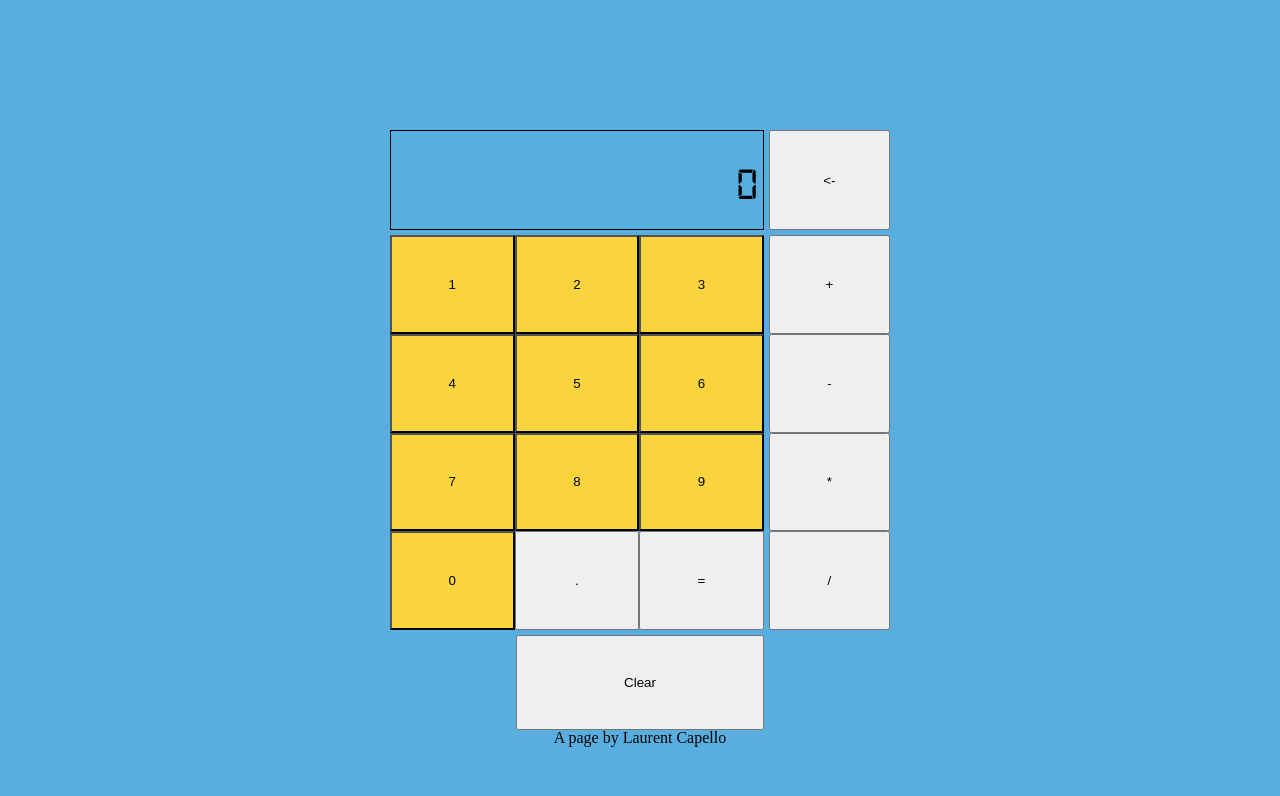
Repository: sokafootball/js-calculator
Page: index.html
These files come from the project's save history. The page is drawn as it stood at one moment and after the next save; the edit follows.
The browser window is 1280 px wide. The pictures show the whole page.

Above is the page before, as saved 2020-05-06 19:29:06.

### index.html
<html>
<head>
  <title>Javascript Calculator - By Laurent Capello</title>
  <link rel="stylesheet" type="text/css" href="reset.css">
  <link rel="stylesheet" type="text/css" href="style.css">
  <!--<link rel="stylesheet" type="text/css" href="wireframe.css">-->
  <link href="https://fonts.googleapis.com/css2?family=Barlow:wght@300&display=swap" rel="stylesheet">
</head>
<body>
<main id="main">
  <div id="calculator">
    <p id="display">0</p>
    <button id="backspace" class="button"><-</button>
    <div id="numpad">
      <button class="button num-button">1</button>
      <button class="button num-button">2</button>
      <button class="button num-button">3</button>
      <button class="button num-button">4</button>
      <button class="button num-button">5</button>
      <button class="button num-button">6</button>
      <button class="button num-button">7</button>
      <button class="button num-button">8</button>
      <button class="button num-button">9</button>
      <button class="button num-button">0</button>
      <button id="decimal-button" class="button">.</button>
      <button id="equal-button" class="button">=</button>
    </div>
    <div id="operators">
      <button class="button operation-button">+</button>
      <button class="button operation-button">-</button>
      <button class="button operation-button">*</button>
      <button class="button operation-button">/</button>
    </div>
    <button id="clear-button" class="button">Clear</button>
  </div>
</main>
<footer id="footer">
  <p>A page by <span id="signature">Laurent Capello</span></p>
</footer>
<div id="hidden-element" class="display-full" style="display: none"></div>
<script type="text/javascript" src="script.js"></script>
</body>
</html>

### style.css
@font-face {
  font-family: "calcFont";
  src: url("./fonts/digital-7/digital-7.ttf");
  }

body{
  align-items: center;
  background-color: hsl(202, 68%, 61%);
  display: flex;
  flex-direction: column;
  justify-content: space-between;
}

.display-full{
  animation-name: display-full;
  animation-duration: 0.3s;
}

#numpad .num-button{
  background-color: hsl(48, 95%, 61%);
}

#backspace{
  grid-area: backspace;
}

#calc-top{
  margin-bottom: 40px;
}

#clear-button{
  grid-area: clear;
}

#display{
  border: 1px solid black;
  font-family: 'calcFont', sans-serif;
  font-size: 45px;
  grid-area: display;
  line-height: 95px;
  padding-right: 5px;
  text-align: right;
  vertical-align: middle;
}

#calculator{
  display: grid;
  gap: 5px 5px;
  grid-template-areas:
    "display display display backspace"
    "numpad numpad numpad operators"
    "numpad numpad numpad operators"
    "numpad numpad numpad operators"
    "numpad numpad numpad operators"
    ". clear clear .";
  grid-template-columns: repeat(4, 1fr);
  grid-template-rows: 100px repeat(5, 1fr); /*first row is fixed to stop the border animation from taking space from other rows*/
  height: 600px;
  margin-top: 130px;
  width: 500px;
}

#footer{
  margin-bottom: 50px;
}

#numpad{
  display: grid;
  grid-area: numpad;
  grid-template-columns: repeat(3, 1fr);
  grid-template-rows: repeat(4, 1fr);
}

#operators{
  display: flex;
  flex-direction: column;
  justify-content: space-evenly;
  grid-area: operators;
}

#operators button{
  flex-grow: 1;
}

@keyframes display-full{
  0% {border: 1px solid black;}
  50% {
    border: 2px solid red;
    box-shadow: 0px 0px 6px 1px red;
    line-height: 93px;
    padding-right: 4px;
  }
  100% {border: 1px solid black;}
}

### script.js
/*
CODE BY LAURENT CAPELLO
*/

//#region STARTUP
const MAX_DISPLAY_LENGTH = 14
const MAX_DECIMALS = 3
const EXPONENTIAL_NOTATION_DIGITS = MAX_DISPLAY_LENGTH - 4 //4 digits are reserved for the exponential notation and the dot
let display = document.querySelector(`#display`)
let overwriteIsOn = true
let operation = null, operand1 = null, operand2 = null

addFunctionsToBtns()

function addFunctionsToBtns(){
	let numButtons = document.querySelectorAll(`.num-button`)
	numButtons = Array.from(numButtons)
	numButtons.forEach(button => {
		button.addEventListener(`click`, () => pressNumBtn(button.innerText))
	});

	let opButtons = document.querySelectorAll(`.operation-button`)
	opButtons = Array.from(opButtons)
	opButtons.forEach(button => {
		button.addEventListener(`click`, () => pressOperationBtn(button.innerText))
	});

	let equalButton = document.querySelector(`#equal-button`)
	equalButton.addEventListener(`click`, pressEqualBtn)

	let clearButton = document.querySelector(`#clear-button`)
	clearButton.addEventListener(`click`, pressClearBtn)

	let bckSpaceBtn = document.querySelector(`#backspace`)
	bckSpaceBtn.addEventListener(`click`, pressBackspaceBtn)

	let decimalBtn = document.querySelector(`#decimal-button`)
	decimalBtn.addEventListener(`click`, pressDecimalBtn)

	document.onkeydown = (e) => filterKeyPress(e)
}

function filterKeyPress(e){
	console.log(`key pressed`)
	if (e.which <= 105 && e.which >= 96){
		pressNumBtn(Number(e.key))
	} else if (e.which == 106 || e.which == 107 || e.which == 109 || e.which == 111) {
		pressOperationBtn(e.key)
	} else if (e.which == 13){
		pressEqualBtn()
	} else if (e.which == 110){
		pressDecimalBtn()
	} else if (e.which == 8){
		pressBackspaceBtn()
	}
}
//#endregion

//#region SUPPORT FUNCTIONS
function clear(){
	display.innerText = `0`
	operation = null
	operand1 = null
	operand2 = null
	overwriteIsOn = true
}

function displayNumber(num){
	if(num == 0 && display.innerText == `0`) return
  if(overwriteIsOn){
		if(num == `.`){
			display.innerText += num
		}else{
			display.innerText = num
		}
		overwriteIsOn = false
	}else{
		if(display.innerText.length >= MAX_DISPLAY_LENGTH){
			animateDisplay()
			return
		}
		display.innerText += num
	}
}

function displayResult(){
	operand1 = operate(operation, operand1, operand2)
	operand2 = null
	display.innerText = operand1
}

function saveNumber(){
	if(operation == null)
		operand1 =  Number(display.innerText)
	else operand2 =  Number(display.innerText)
}

function saveOperation(operationSign){
	operation = operationSign
	overwriteIsOn = true
}

function truncateDecimals(num){
	if((num % 1).toString().length > MAX_DECIMALS) return Number(num).toFixed(MAX_DECIMALS)
	return num
}

function truncateIntegers(num){
	if(num.toString().length <= MAX_DISPLAY_LENGTH) return num
	return num.toExponential(EXPONENTIAL_NOTATION_DIGITS)
}
//#endregion

//#region BUTTONS FUNCTIONS
function pressBackspaceBtn(){
	//if display length is 1
	if(display.innerText.length == 1){
		display.innerText = `0`
	}else{
		let displayArray = Array.from(display.innerText)
		displayArray.pop()
		display.innerText = displayArray.join(``)
	}
	saveNumber()
}

function pressDecimalBtn(){
	//add dot to the right of the number on display
	if (display.innerText.includes(`.`)) return
	displayNumber(`.`)
	saveNumber()
}

function pressClearBtn(){
	clear()
}

function pressEqualBtn(){
	if(operand1 != null && operand2 != null){
		displayResult()
		operation = null
		overwriteIsOn = true
		operand2 = null
	}else{
		operation = null
		overwriteIsOn = true
		operand2 = null
		display.innerText = operand1 == null ? `0` : operand1
	}
}

function pressNumBtn(num){
	displayNumber(Number(num))
	saveNumber()
}

function pressOperationBtn(operationSign){
	if (operation == null){
		saveOperation(operationSign)
	}else{
		if(operand1 != null && operand2 != null){
			displayResult()
		}
		saveOperation(operationSign)
	}
}
//#endregion

//#region MATH FUNCTIONS
function operate(operation, a, b){
	let result = null
	switch (operation){
		case `+`:
			operation = add
			break
		case `-`:
			operation = subtract
			break;
		case `*`:
			operation = multiply
			break
		case `/`:
			operation = divide
			break;
		default:
			console.log(`invalid operation`)
			return
	}
	result = Number(operation(a,b))
	result = truncateDecimals(result)
	result = truncateIntegers(result)
  return Number(result)
}

function add (...nums) {
	return nums.reduce((total, num) => {
		return total + num
	}, 0)
}

function subtract (...nums) {
	return nums.reduce((total, num) => {
		return total - num
	})
}

function sum (arr) {
	return add(...arr)
}

function divide (...nums){
	if (nums[1] == 0){
		console.log(`you can't divide by 0!`)
		clear()
		return 0
	}
	return nums.reduce((total, num) => total / num
	)
}

function multiply (...nums) {
	return nums.reduce((total, num) => {
		return total * num
	})
}
//#endregion

//#region DISPLAY ANIMATION FUNCTIONS
function convertDuration(durationString){
	let duration = Number(durationString.replace(`s`, ``))
	return duration * 1000
}

function animateDisplay(){
	let animDurationString = getComputedStyle(document.querySelector(`.display-full`)).animationDuration
	const ANIM_DURATION = convertDuration(animDurationString)
	display.classList.remove(`display-full`)
	display.classList.add(`display-full`)
	setTimeout(() => display.classList.remove(`display-full`), ANIM_DURATION);
}
//#endregion

Loaded but not shown: reset.css (common file)

After the next save:
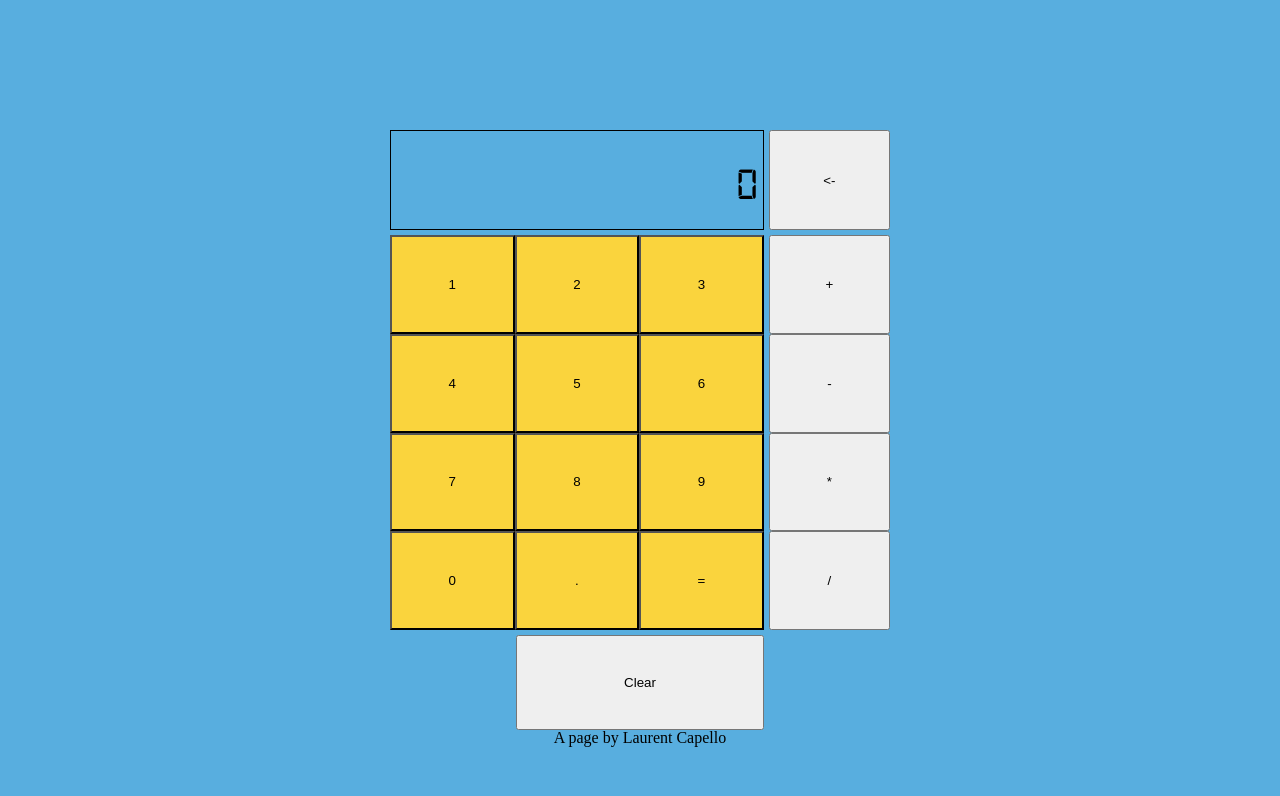
Saved 9 s later.
--- a/style.css
+++ b/style.css
@@ -16,7 +16,7 @@ body{
   animation-duration: 0.3s;
 }
 
-#numpad .num-button{
+#numpad button{
   background-color: hsl(48, 95%, 61%);
 }
 
